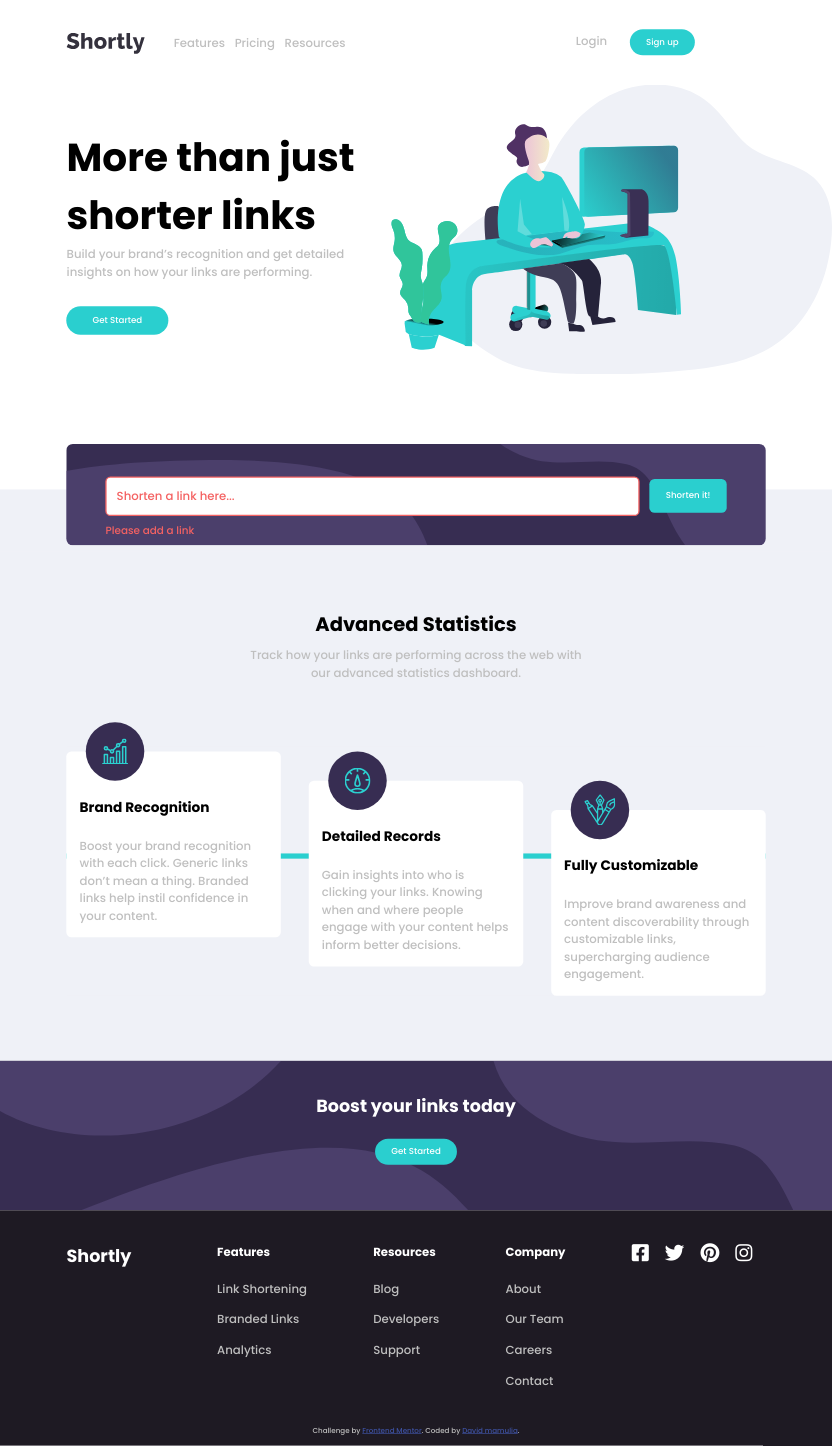
Repository: mamulini/URL-shortener
Page: index.html
The author's editor kept a copy of each file at every save. The page is drawn from the files as they stood at one save, then again after the next save.
The browser window is 1280 px wide. The pictures show the whole page, at 65% of full size.
Some web libraries are served in a nearby version. The style sheet was rebuilt from its Sass, Less or Tailwind sources for each picture, by a compiler version that may differ from the author's.

Above is the page before, as saved 2020-04-16 23:40:29.

After the next save:
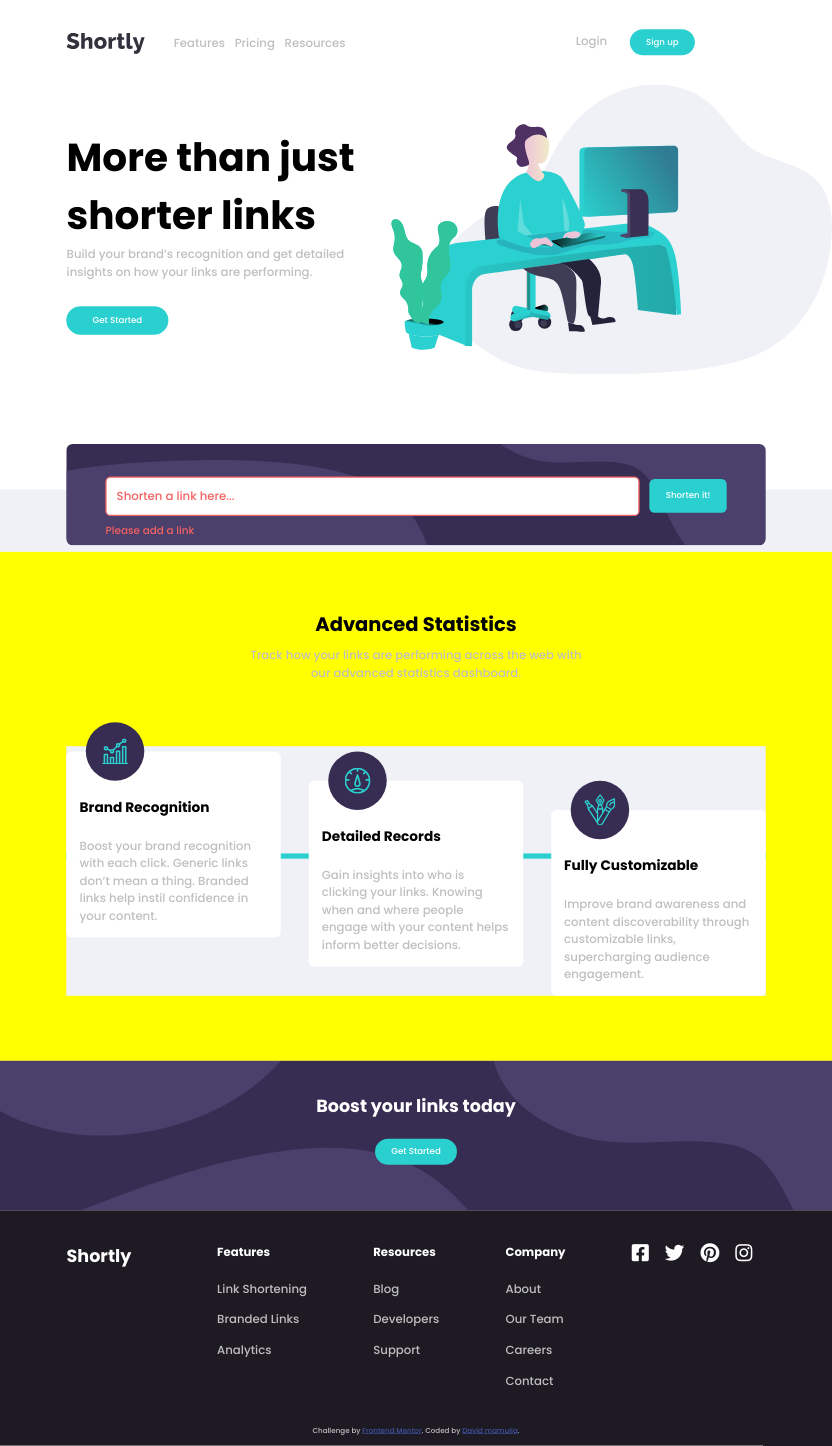
Saved 29 s later.
--- a/sass/main.scss
+++ b/sass/main.scss
@@ -220,7 +220,7 @@
 }
 
 .statistics{
-    background: $light_bg;
+    background: yellow;
     text-align: center;
     padding-top: 90px;
     padding-bottom: 100px;

After the save that followed:
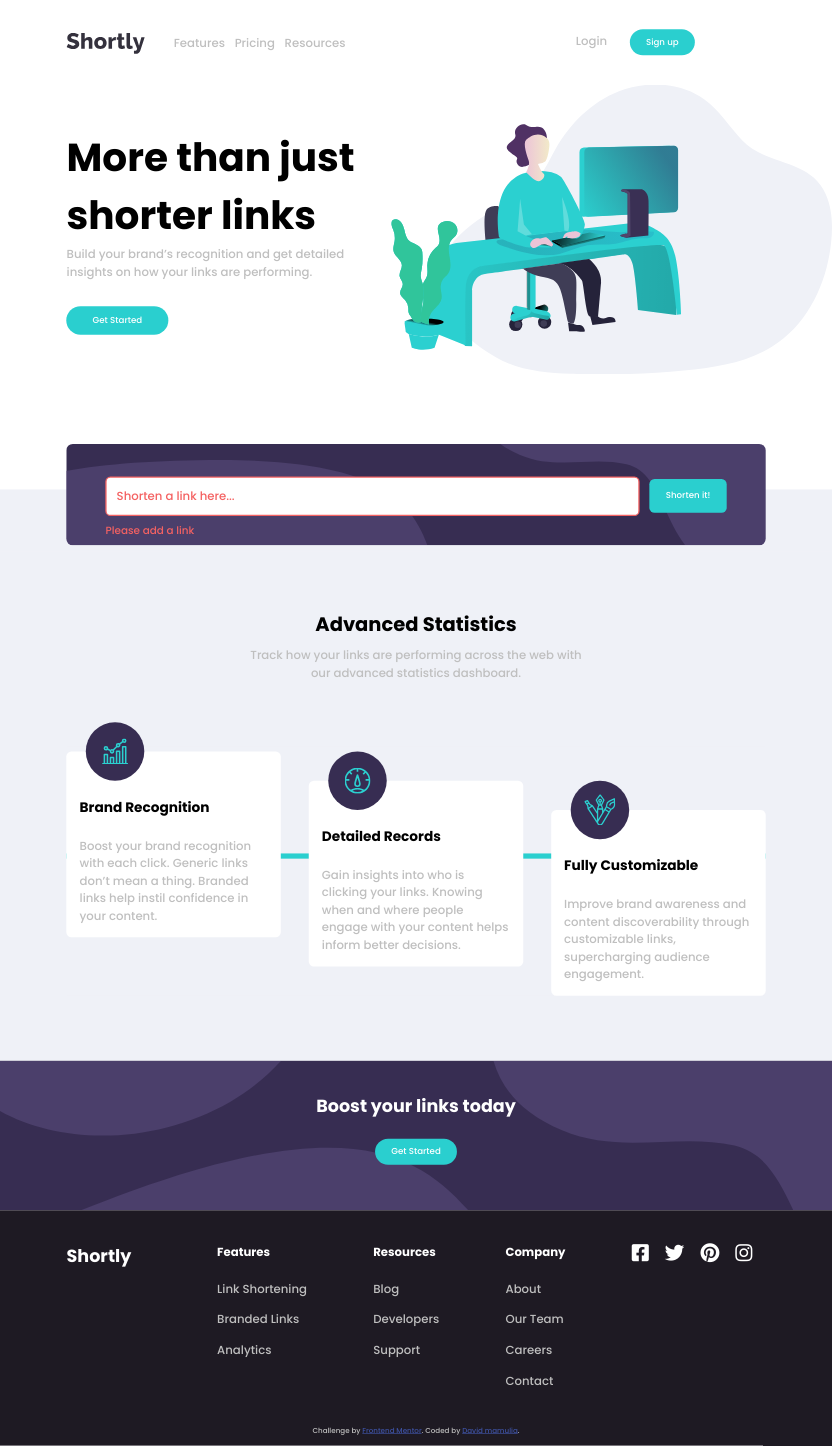
Saved 13 s later.
--- a/sass/main.scss
+++ b/sass/main.scss
@@ -182,7 +182,7 @@
     }
 
     &__links{
-        background: green;
+        background: $light_bg;
     }
 
 
@@ -220,7 +220,7 @@
 }
 
 .statistics{
-    background: yellow;
+    background: $light_bg;
     text-align: center;
     padding-top: 90px;
     padding-bottom: 100px;
